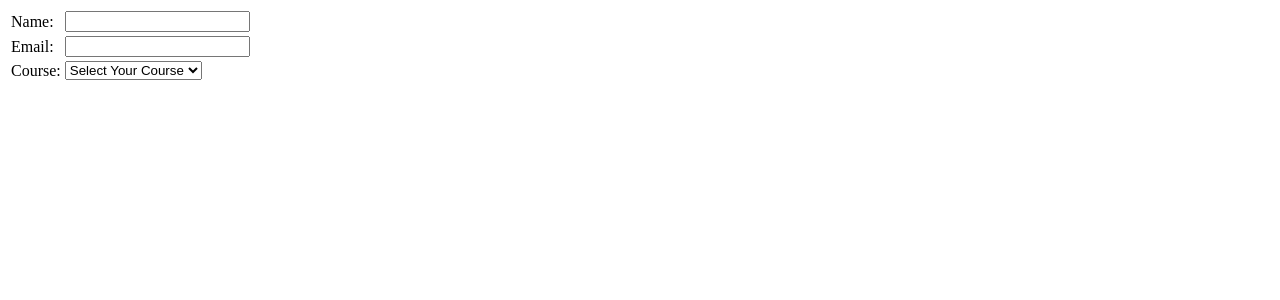
Repository: SurajPawar15-smart/JAVAProjects
Page: 14.FilterExample/WebContent/index.html
These files come from the project's save history. The page is drawn as it stood at one moment and after the next save; the edit follows.
The browser window is 1280 px wide. The pictures show the whole page.

Above is the page before, as saved 2020-09-28 07:52:20.

After the next save:
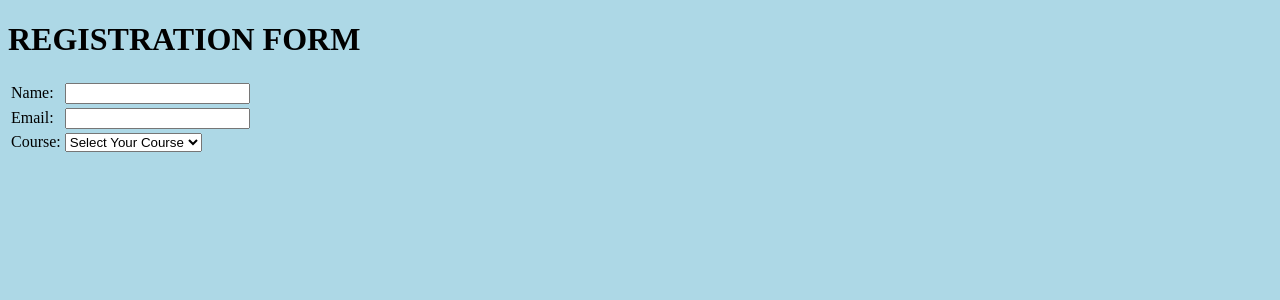
Saved 99 s later.
--- a/14.FilterExample/WebContent/index.html
+++ b/14.FilterExample/WebContent/index.html
@@ -3,8 +3,17 @@
 <head>
 <meta charset="ISO-8859-1">
 <title>Insert title here</title>
+<style>
+body{
+background-color:lightblue;
+}
+table{
+border:1;
+}
+</style>
 </head>
 <body>
+<h1>REGISTRATION FORM</h1>
 <form action="FirstServlet" method="Post">
 <table>
 
